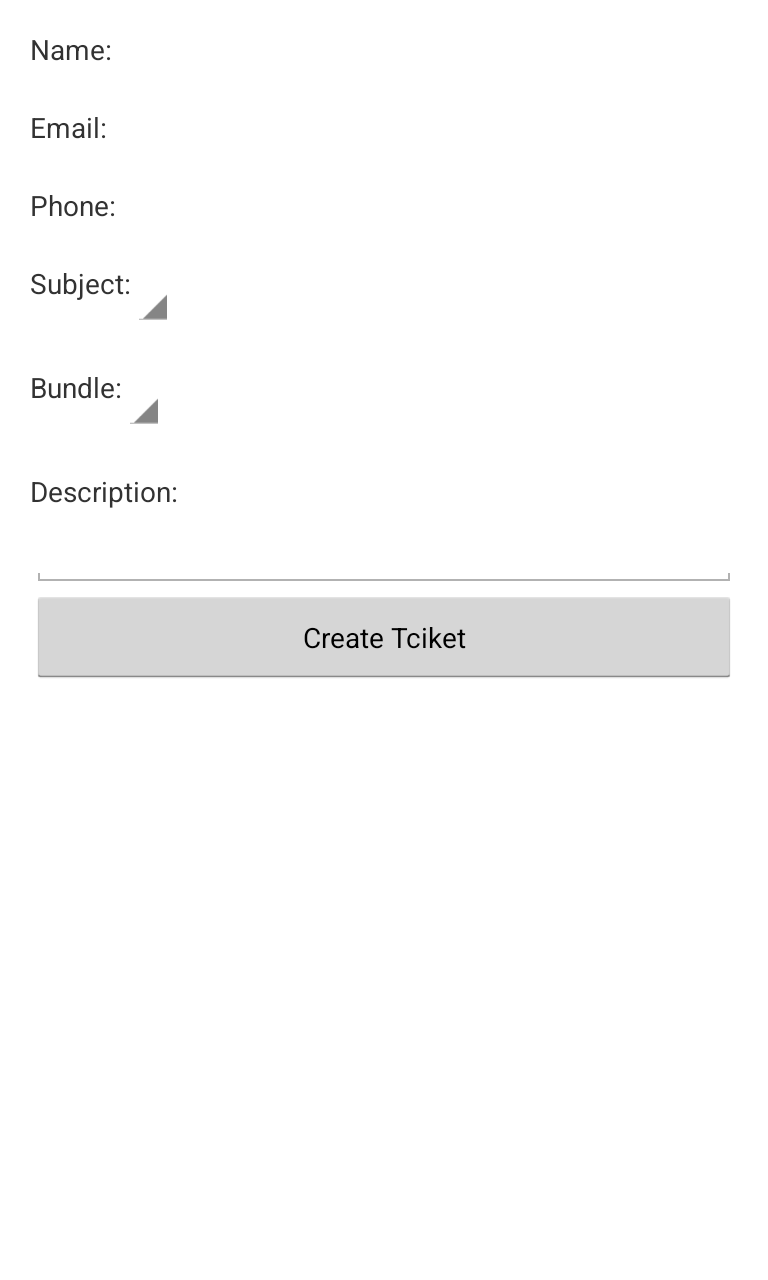
Repository: Pradeep-appstute/First
Layout: Control/res/layout/submit_view.xml
The author's editor kept a copy of each file at every save. The layout is drawn from the files as they stood at one save, then again after the next save.
It is drawn on a 768 x 1280 px phone screen (xhdpi) without system bars, with theme AppTheme; the app's code is not run.

Above is the layout before, as saved 2014-02-27 09:24:54.

### Control/res/layout/submit_view.xml
<?xml version="1.0" encoding="utf-8"?>
<LinearLayout xmlns:android="http://schemas.android.com/apk/res/android"
    android:layout_width="match_parent"
    android:layout_height="match_parent"
    android:orientation="vertical"
    android:padding="15dip" >

    <LinearLayout
        android:layout_width="match_parent"
        android:layout_height="wrap_content"
        android:layout_marginBottom="20dp"
        android:orientation="horizontal" >

        <TextView
            android:layout_width="wrap_content"
            android:layout_height="wrap_content"
            android:text="@string/name" />

        <TextView
            android:id="@+id/textViewNameValue"
            android:layout_width="wrap_content"
            android:layout_height="wrap_content"
            android:text="" />
    </LinearLayout>

    <LinearLayout
        android:layout_width="match_parent"
        android:layout_height="wrap_content"
        android:layout_marginBottom="20dp"
        android:orientation="horizontal" >

        <TextView
            android:layout_width="wrap_content"
            android:layout_height="wrap_content"
            android:text="@string/email" />

        <TextView
            android:id="@+id/textViewEmailValue"
            android:layout_width="wrap_content"
            android:layout_height="wrap_content"
            android:text="" />
    </LinearLayout>

    <LinearLayout
        android:layout_width="match_parent"
        android:layout_height="wrap_content"
        android:layout_marginBottom="20dp"
        android:orientation="horizontal" >

        <TextView
            android:layout_width="wrap_content"
            android:layout_height="wrap_content"
            android:text="@string/phone" />

        <TextView
            android:id="@+id/textViewPhoneValue"
            android:layout_width="wrap_content"
            android:layout_height="wrap_content"
            android:text="" />
    </LinearLayout>

    <LinearLayout
        android:layout_width="match_parent"
        android:layout_height="wrap_content"
        android:layout_marginBottom="20dp"
        android:orientation="horizontal" >

        <TextView
            android:layout_width="wrap_content"
            android:layout_height="wrap_content"
            android:text="@string/subject" />

        <Spinner
            android:id="@+id/spinnerSubject"
            android:layout_width="wrap_content"
            android:layout_height="wrap_content" />
    </LinearLayout>

    <LinearLayout
        android:layout_width="match_parent"
        android:layout_height="wrap_content"
        android:layout_marginBottom="20dp"
        android:orientation="horizontal" >

        <TextView
            android:layout_width="wrap_content"
            android:layout_height="wrap_content"
            android:text="@string/bundle" />

        <Spinner
            android:id="@+id/spinnerBundle"
            android:layout_width="wrap_content"
            android:layout_height="wrap_content" />
    </LinearLayout>

    <LinearLayout
        android:layout_width="match_parent"
        android:layout_height="wrap_content"
        android:orientation="vertical" >

        <TextView
            android:layout_width="wrap_content"
            android:layout_height="wrap_content"
            android:text="@string/description" />

        <EditText
            android:id="@+id/editTextDescription"
            android:layout_width="match_parent"
            android:layout_height="wrap_content"
            android:ems="10"
            android:inputType="textMultiLine" >
        </EditText>
    </LinearLayout>

    <Button
        android:id="@+id/button1"
        style="?android:attr/buttonStyleSmall"
        android:marginTop="25dip"
        android:layout_width="fill_parent"
        android:layout_height="wrap_content"
        android:text="@string/createticket" />

</LinearLayout>

### Control/res/values/strings.xml
<?xml version="1.0" encoding="utf-8"?>
<resources>

    <string name="app_name">ISC Control</string>
    <string name="action_settings">Settings</string>
    <string name="Login">Login</string>
    <string name="forgotusername">Forgot Username</string>
    <string name="forgotpassword">Forgot Password</string>

    <!-- AlertDialog -->
    <string name="ok">OK</string>
    <string name="yes">YES</string>
    <string name="no">NO</string>
    <!-- Slider Menu -->
    <string name="emptystring">Control</string>
    <string name="textViewListHeaderMSG">MASERGY</string>

    <!-- Submit Screen -->
    <string name="name">Name:</string>
    <string name="email">Email:</string>
    <string name="phone">Phone:</string>
    <string name="subject">Subject:</string>
    <string name="bundle">Bundle:</string>
    <string name="description">Description:</string>
    <string name="createticket">Create Tciket</string>

    <!-- Ticket Detail Screen -->
    <string name="ticketdetails_subject">Subject:</string>
    <string name="ticketdetails_submittedby">Submitted by:</string>
    <string name="ticketdetails_lastupdated">Last Updated:</string>
    <string name="ticketdetails_comments">Comments</string>
    <string name="ticketdetails_ticketsId">Ticket ID</string>
    <string name="ticketdetails_status">Status</string>
    <string name="ticketdetails_next">Next</string>
    <string name="ticketdetails_prev">Previous</string>

    <!-- Service Detail Screen -->
    <string name="servicedetails_headertitle">Select Service</string>
    <string name="servicedetails_title">Select desired bandwidth:</string>
    <string name="servicedetails_bundleid">Bundle ID:</string>
    <string name="servicedetails_services">Services:</string>
    <string name="servicedetails_site">Site:</string>
    <string name="servicedetails_bandwidth">Bandwidth:</string>
    <string name="servicedetails_contract">Contract</string>
    <string name="servicedetails_current">Current</string>
    <string name="servicedetails_changeto">Change to</string>
    <string name="servicedetails_title2">(Cannot be less than contract bandwidth)</string>
    <string name="servicedetails_back">Back</string>
    <string name="servicedetails_submit">Submit</string>

     <!-- Doppler IM Screen -->
    <string name="dopplerim_headertitle">Doppler IM</string>
    <string name="dopplerim_noresponsemessage">Masergy Doppler Infrastructure Management provides secure, robust infrastructure monitoring for your LAN and WAN environments.\n\nThis managed cloud service allows you to offload network infrastructure monitoring to Masergy so your IT department can focus on strategic initiatives.</string>
</resources>

Loaded but not shown: Control/res/values/styles.xml (common file); Control/res/values-v11/styles.xml (common file); Control/res/values-v14/styles.xml (common file)

After the next save:
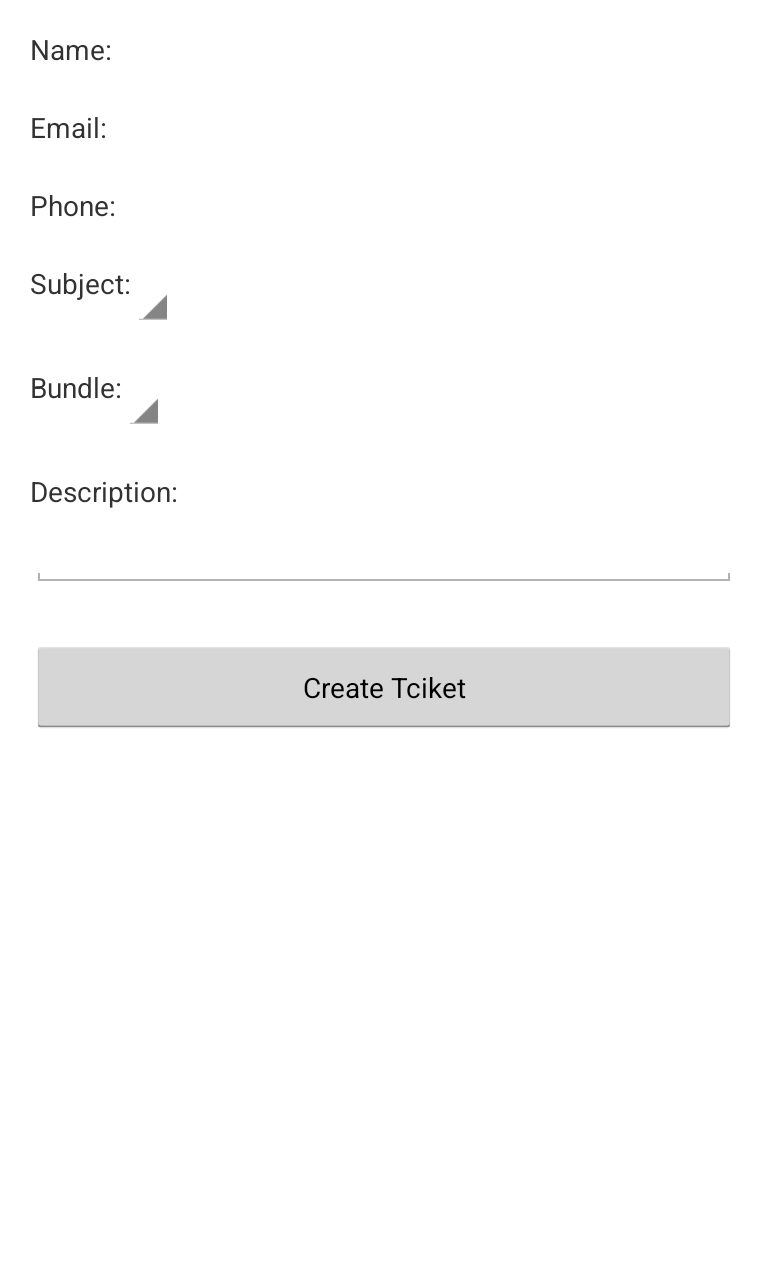
Saved 25 s later.
--- a/Control/res/layout/submit_view.xml
+++ b/Control/res/layout/submit_view.xml
@@ -115,9 +115,10 @@
     <Button
         android:id="@+id/button1"
         style="?android:attr/buttonStyleSmall"
-        android:marginTop="25dip"
+
         android:layout_width="fill_parent"
         android:layout_height="wrap_content"
+        android:layout_marginTop="25dp"
         android:text="@string/createticket" />
 
 </LinearLayout>
